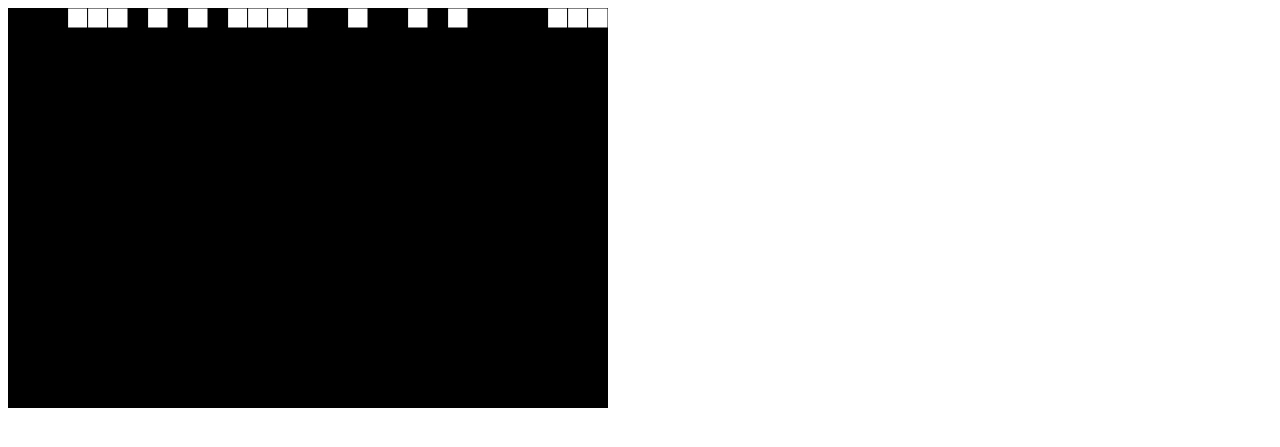
Repository: simenihlen/Game-of-Life
Page: index.html
The author's editor kept a copy of each file at every save. The page is drawn from the files as they stood at one save, then again after the next save.
The browser window is 1280 px wide. The pictures show the whole page.

Above is the page before, as saved 2025-09-05 16:48:00.

### index.html
<!DOCTYPE html>
<html>
  <head>
    <meta charset="utf-8">
    <title>p5.js Grid Example</title>
    <script src="https://cdn.jsdelivr.net/npm/p5@1.9.0/lib/p5.min.js"></script>
    <script src="sketch.js"></script>
  </head>
  <body>
  </body>
</html>

### sketch.js
function make2DArray(cols, rows) {
    let arr = new Array(cols);
    for (let i = 0; i < arr.length; i++) {
        arr[i] = new Array(rows);
    }
    return arr;
}
let grid;
let cols;
let rows;
let resolution = 20;

function setup() {
    createCanvas(600, 400);
    cols = width / resolution;
    rows = height / resolution;

    grid = make2DArray(cols, rows);
    for (let i = 0; i < cols; i++) {
        for (let j = 0; j < rows; j++) {
            grid[i][j] = floor(random(2));
        }
    }
}

function draw() {
    background(0);

    for (let i = 0; i < cols; i++) {
        for (let j = 0; j < rows; j++) {
            let x = i * resolution;
            let y = j * resolution;
            if (grid[i][j] == 1) {
                fill(255);
                stroke(0);
                rect(x, y, resolution, resolution);
            }
        }
    }

    let next = make2DArray(cols, rows);

    for (let i = 0; i < cols; i++) {
        for (let j = 0; j < rows; j++) {
            let state = grid[i][j];
            // Edge cases
            if (i == 0 || j == 0 || i == cols - 1 || j == rows - 1) {
                next[i][j] = state;
                break;
            }

            let sum = 0;
            let neighbors = countNeighbors(grid, i, j);

            // Rules
            if (state == 0 && neighbors == 3) {
                next[i][j] = 1;
            } else if (state == 1 && (neighbors < 2 || neighbors > 3)) {
                next[i][j] = 0
            } else {
                next[i][j] = state;
            }

            // sum += grid[i - 1][j - 1];
            // sum += grid[i][j - 1];
            // sum += grid[i + 1][j - 1];
            // sum += grid[i + 1][j];
            // sum += grid[i + 1][j + 1];
            // sum += grid[i][j + 1];
            // sum += grid[i - 1][j + 1];
            // sum += grid[i - 1][j];
        }
    }

    grid = next;
}

function countNeighbors(grid, x, y) {
    let sum = 0;
    for (let i = -1; i < 2; i++) {
        for (let j = -1; j < 2; j++) {
            sum += grid[x+i][y+j];
        }
    }
    sum -= grid[x][y];
    return sum;
}

After the next save:
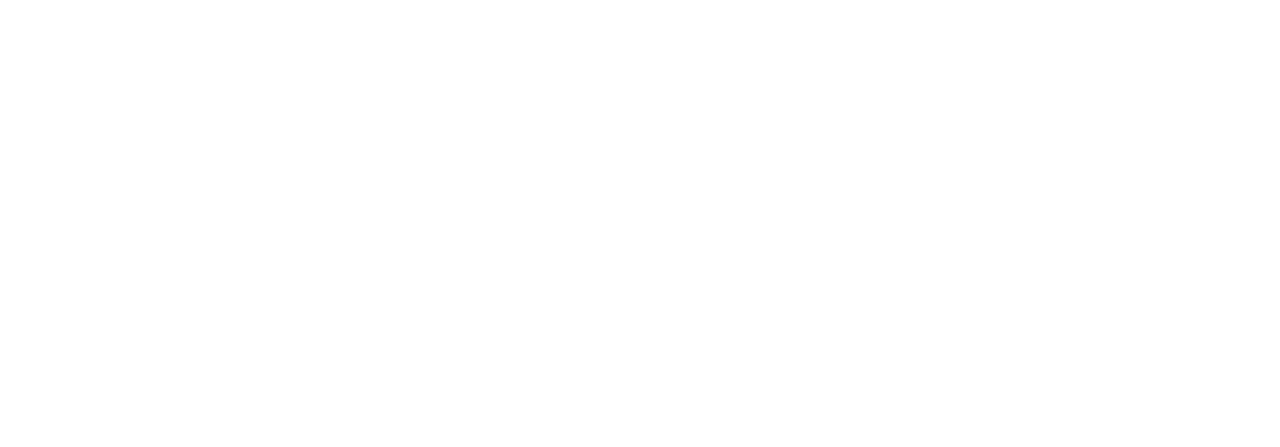
Console error: SyntaxError: Unexpected end of input
Saved 23 s later.
--- a/sketch.js
+++ b/sketch.js
@@ -47,7 +47,7 @@
             if (i == 0 || j == 0 || i == cols - 1 || j == rows - 1) {
                 next[i][j] = state;
                 break;
-            }
+            } else {
 
             let sum = 0;
             let neighbors = countNeighbors(grid, i, j);
@@ -70,6 +70,7 @@
             // sum += grid[i - 1][j + 1];
             // sum += grid[i - 1][j];
         }
+
     }
 
     grid = next;

After the save that followed:
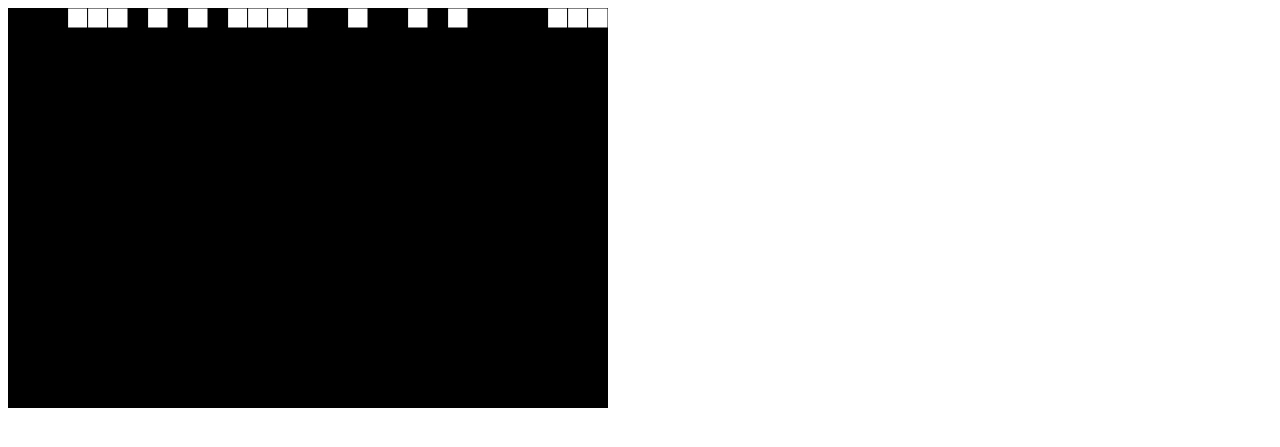
The error is gone.
Saved 5 s later.
--- a/sketch.js
+++ b/sketch.js
@@ -70,7 +70,7 @@
             // sum += grid[i - 1][j + 1];
             // sum += grid[i - 1][j];
         }
-
+    }
     }
 
     grid = next;
